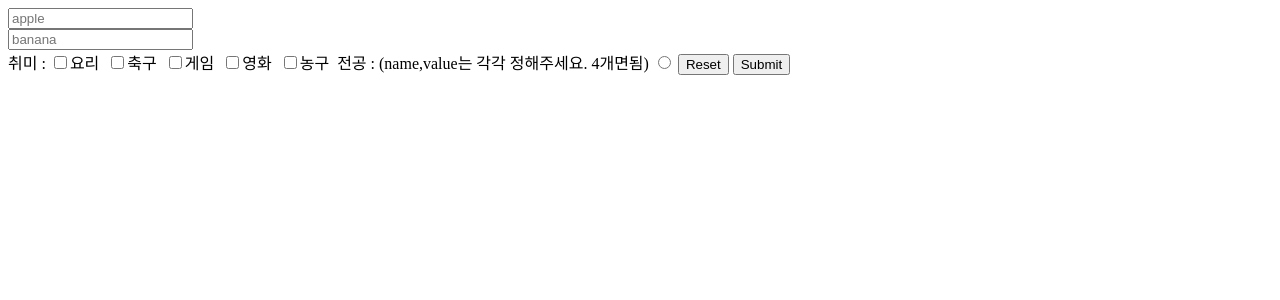
Repository: djdh94/jsp_practice
Page: http://localhost/JSPBasic/jspObject/1.requests/req_param_send.jsp
The author's editor kept a copy of each file at every save. The page is drawn from the files as they stood at one save, then again after the next save.
The browser window is 1280 px wide. The pictures show the whole page.
The page is served by Tomcat 9. Other server files are loaded and not shown.

Above is the page before, as saved 2022-02-03 06:38:46.

### JSPBasic/src/main/webapp/jspObject/1.requests/req_param_send.jsp
	<%@ page language="java" contentType="text/html; charset=UTF-8"
    pageEncoding="UTF-8"%>
<!DOCTYPE html>
<html>
<head>
<meta charset="UTF-8">
<title>Insert title here</title>
</head>
<body>

<%-- form의 action의 바로 목적지를 적는 부분임.
웹 개발에서는 받을 페이지 화면의 주소를 적어줌 --%>
	<form action="req_param_getpost.jsp" method="get">
		<input type="text" name="apple" placeholder="apple"/><br/>
		<input type="password" name="banana" placeholder="banana"/><br/>

		취미 :
		<input type="checkbox" name="hobby" value="요리">요리&nbsp;
		<input type="checkbox" name="hobby" value="축구">축구&nbsp;
		<input type="checkbox" name="hobby" value="게임">게임&nbsp;
		<input type="checkbox" name="hobby" value="영화">영화&nbsp;
		<input type="checkbox" name="hobby" value="농구">농구&nbsp;

		전공 : (name,value는 각각 정해주세요. 4개면됨)
		<input type="radio" name="major" value="정보통신">

		<input type="reset"/>
		<input type="submit"/>
	</form>
</body>
</html>

After the next save:
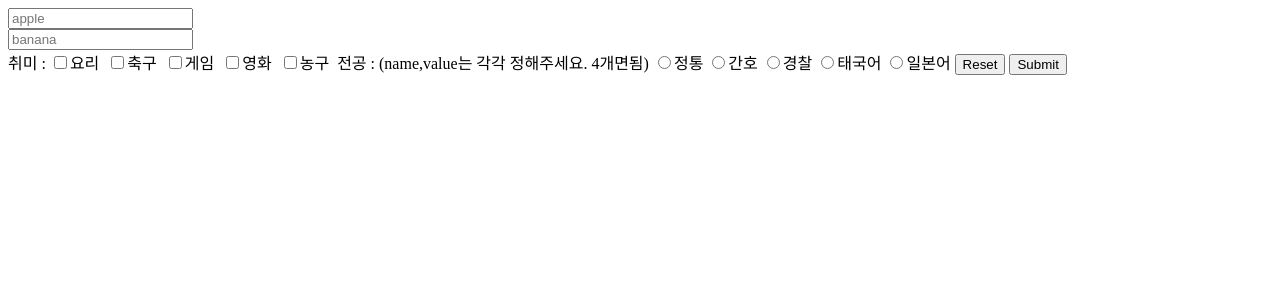
Saved 2 min 43 s later.
--- a/JSPBasic/src/main/webapp/jspObject/1.requests/req_param_send.jsp
+++ b/JSPBasic/src/main/webapp/jspObject/1.requests/req_param_send.jsp
@@ -22,7 +22,11 @@
 		<input type="checkbox" name="hobby" value="농구">농구&nbsp;
 
 		전공 : (name,value는 각각 정해주세요. 4개면됨)
-		<input type="radio" name="major" value="정보통신">
+		<input type="radio" name="major" value="정보통신">정통
+		<input type="radio" name="major" value="간호">간호
+		<input type="radio" name="major" value="경찰">경찰
+		<input type="radio" name="major" value="태국어">태국어
+		<input type="radio" name="major" value="일본어">일본어
 
 		<input type="reset"/>
 		<input type="submit"/>
